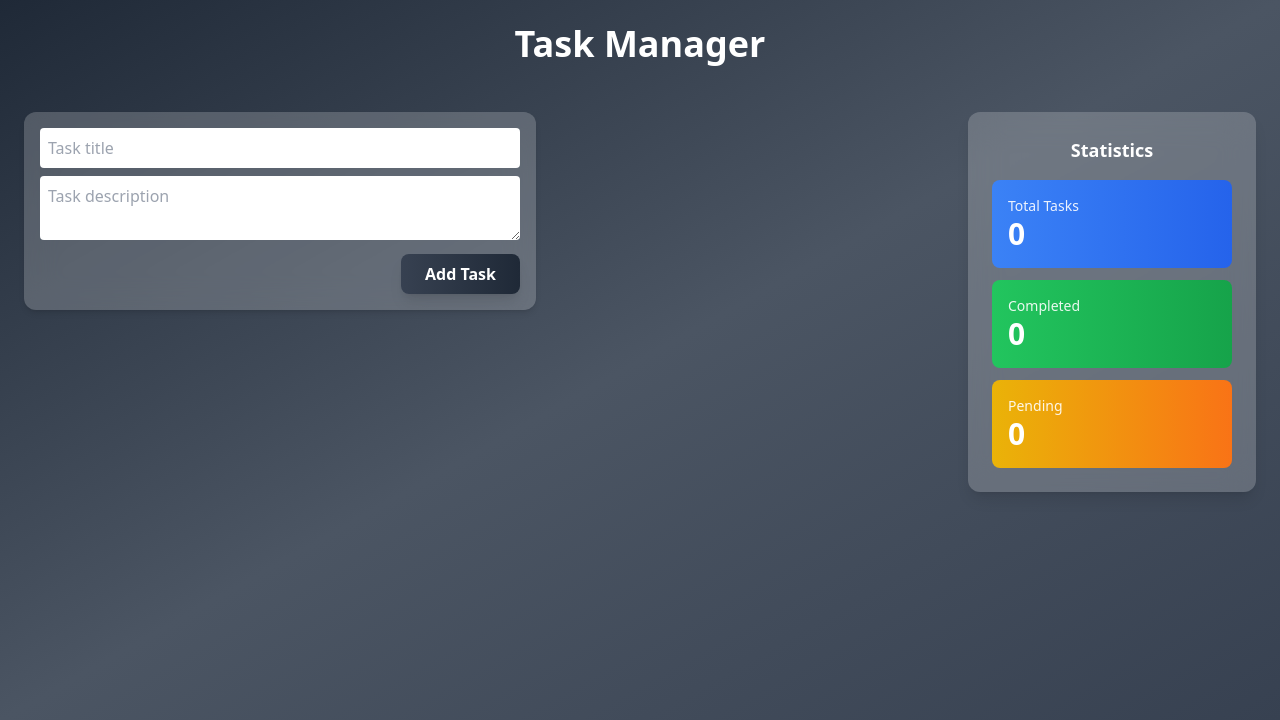
Repository: Meenakshi-commits/mern-task-manager
Page: / (app in client/)
These files come from the project's save history. The page is drawn as it stood at one moment and after the next save; the edit follows.
The browser window is 1280 px wide. The pictures show the whole page.
The page's requests for data from a server got no answer. The project was rebuilt for these pictures with package versions that can differ from the ones it lists, and the page was loaded fresh each time. No one was signed in, and anything a server would have sent is missing. Also part of the build but not shown: client/vite.config.js, client/src/components/TaskItem.jsx.

Above is the page before, as saved 2026-01-09 17:36:34.

After the next save:
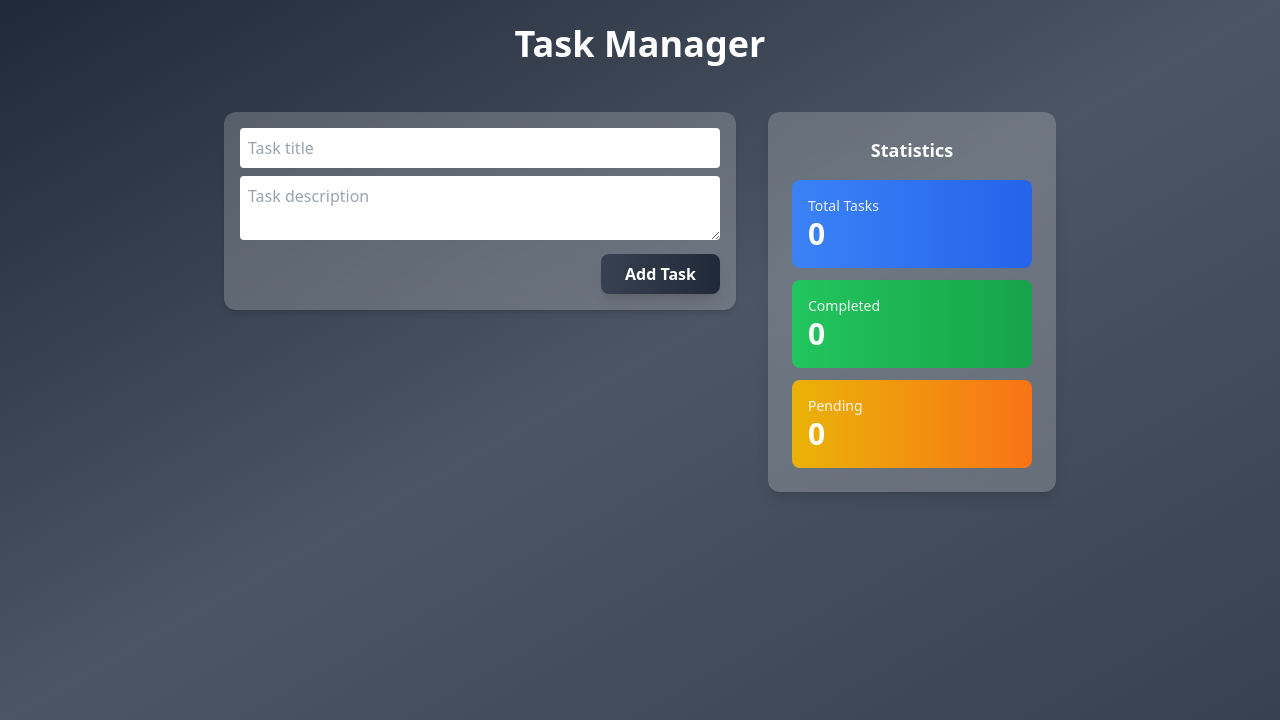
Saved 58 s later.
--- a/client/src/App.jsx
+++ b/client/src/App.jsx
@@ -24,14 +24,14 @@ export default function App() {
         Task Manager
       </h1>
 
-      <div className="max-w-full mx-auto text-white">
-        <div className="flex justify-between items-start gap-32">
+      <div className="max-w-6xl mx-auto text-white">
+        <div className="flex justify-center items-start gap-8">
           <div className="flex-1 max-w-lg">
             <TaskForm fetchTasks={fetchTasks} />
             <TaskList tasks={tasks} fetchTasks={fetchTasks} />
           </div>
 
-          <div className="bg-white/20 backdrop-blur-lg p-6 rounded-xl shadow-lg w-72 h-fit sticky top-6">
+          <div className="bg-white/20 backdrop-blur-lg p-6 rounded-xl shadow-lg w-72 h-fit sticky top-20">
             <h2 className="text-lg font-semibold mb-4 text-center">Statistics</h2>
             <div className="space-y-3">
               <div className="bg-gradient-to-r from-blue-500 to-blue-600 p-4 rounded-lg">
